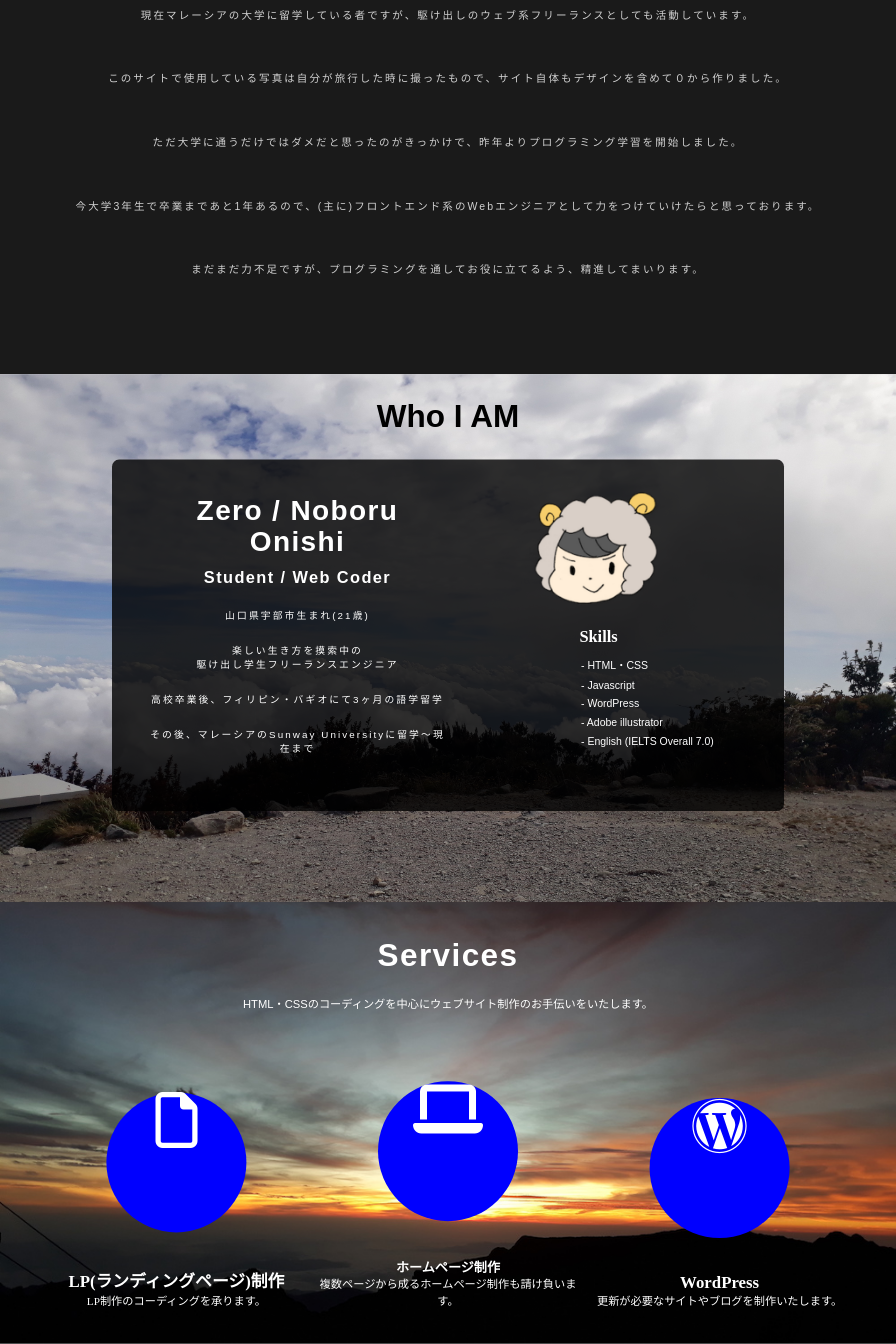
Repository: ZeroRequiem126/MyPortfolioSite
Page: top.html
The author's editor kept a record of every edit. The page is drawn from the files as they stood at one moment, then again after the next edit.
The browser window is 1280 px wide. The pictures show the part of the page from y = 941 to 2861 px (the page is 2861 px tall before and 2811 px after), at 70% of full size.
Some web libraries are served in a nearby version.

Above is the page before.

After the next edit:
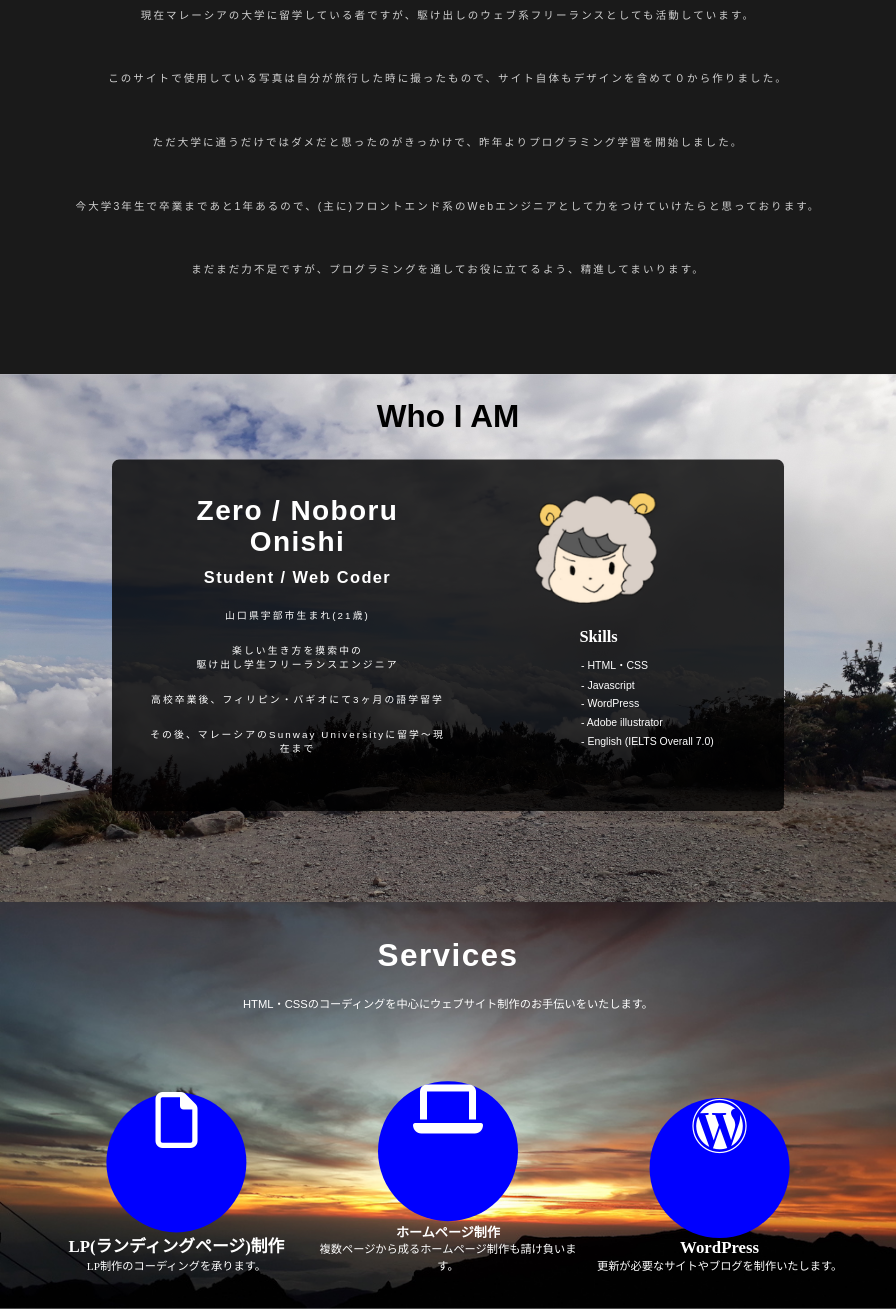
The edit:
--- a/top.css
+++ b/top.css
@@ -188,7 +188,6 @@
 
 .service-contents span {
     font-size: 80px;
-    margin-bottom: 50px;
     border-radius: 50%;
     background-color: blue;
     width: 200px;
